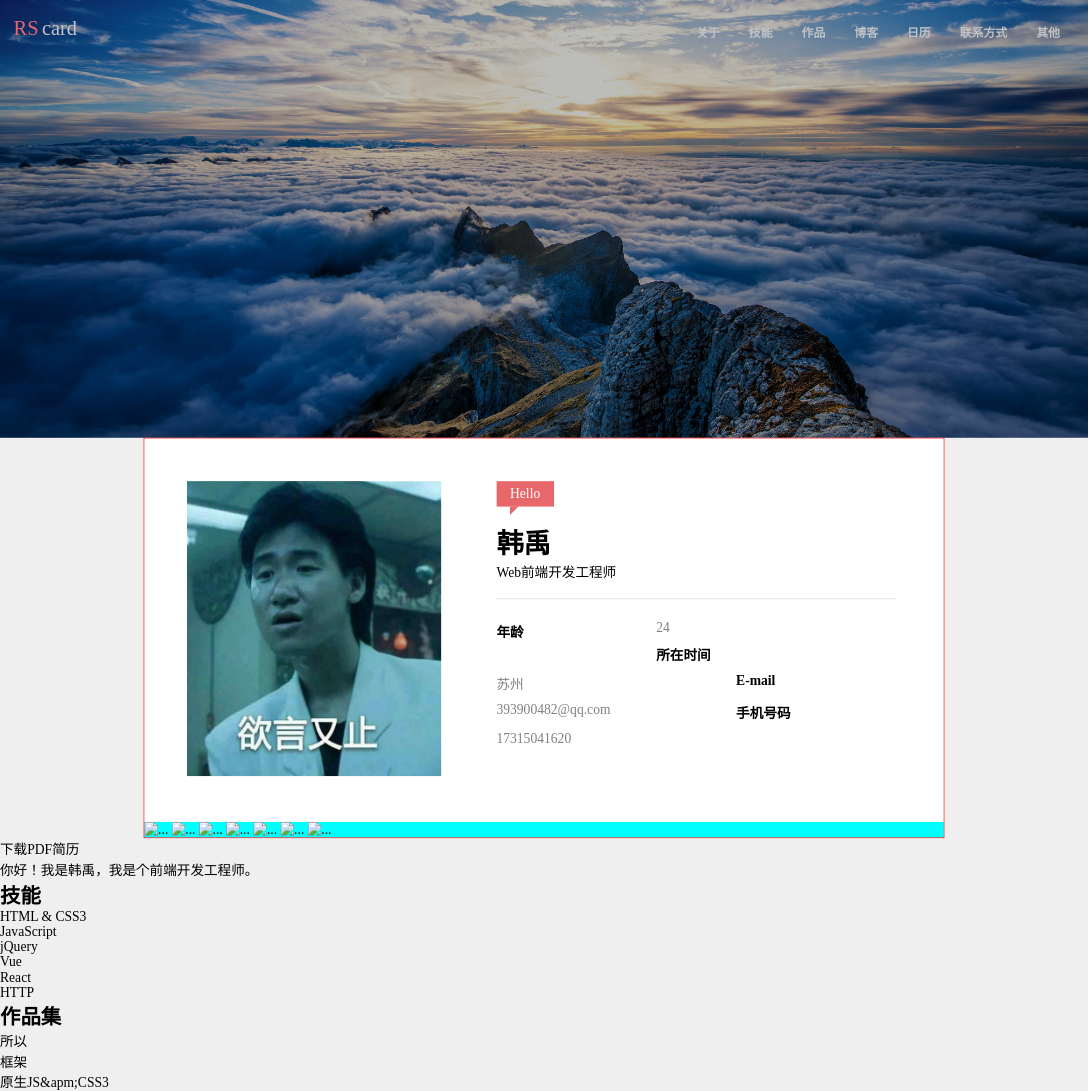
Repository: yorkHan/resume
Page: index.html
The author's editor kept a copy of each file at every save. The page is drawn from the files as they stood at one save, then again after the next save.
The browser window is 1280 px wide. The pictures show the whole page, at 85% of full size.

Above is the page before, as saved 2018-04-09 23:42:30.

After the next save:
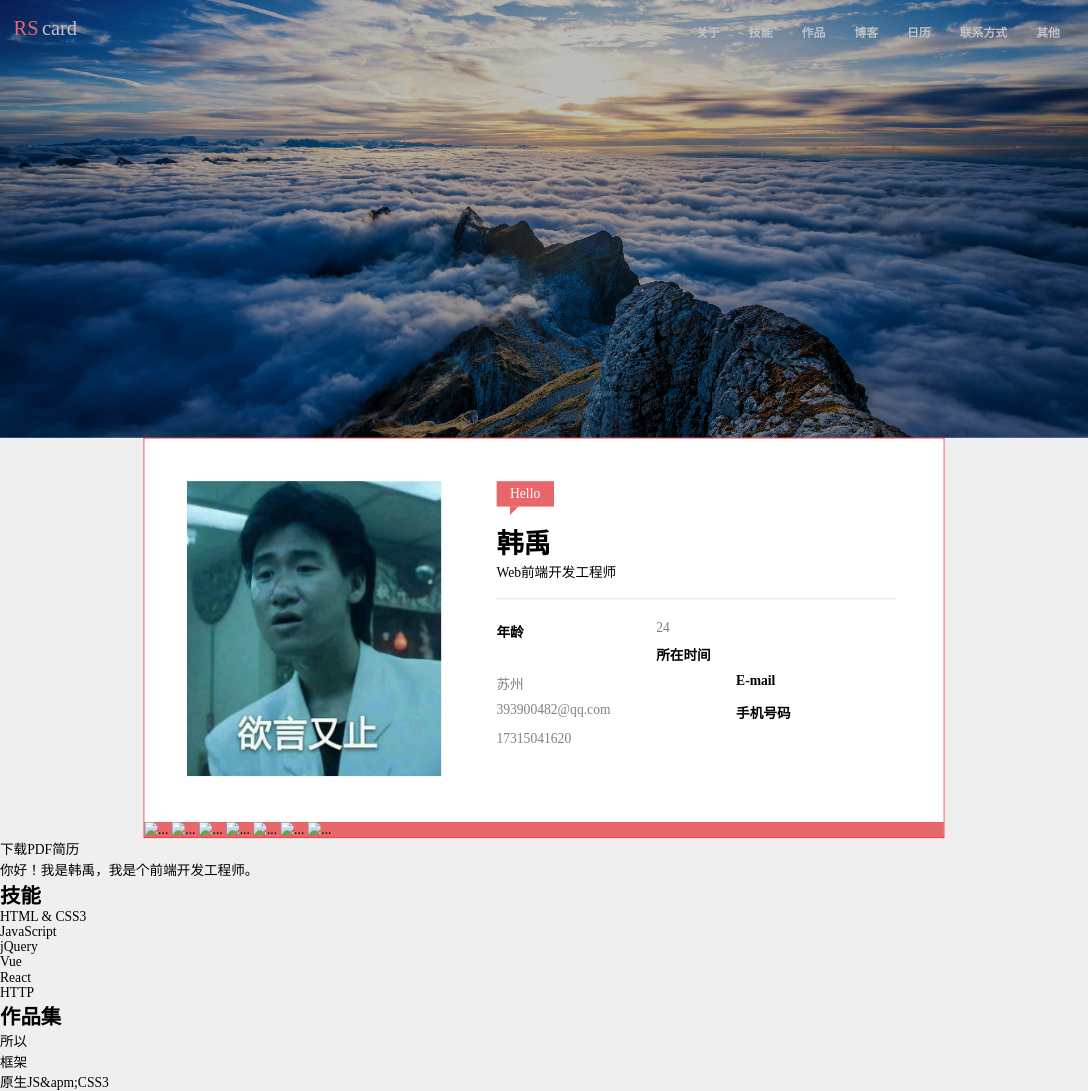
Saved 8 s later.
--- a/index.html
+++ b/index.html
@@ -56,7 +56,7 @@
                 </div>
                 </div>
             </div>
-            <footer class="media" style="background:"#E8676B">
+            <footer class="media" style="background:#E8676B">
                 <a href="#"><img src="#" alt="..."></a>
                 <a href="#"><img src="#" alt="..."></a>
                 <a href="#"><img src="#" alt="..."></a>

After the 2 saves that followed:
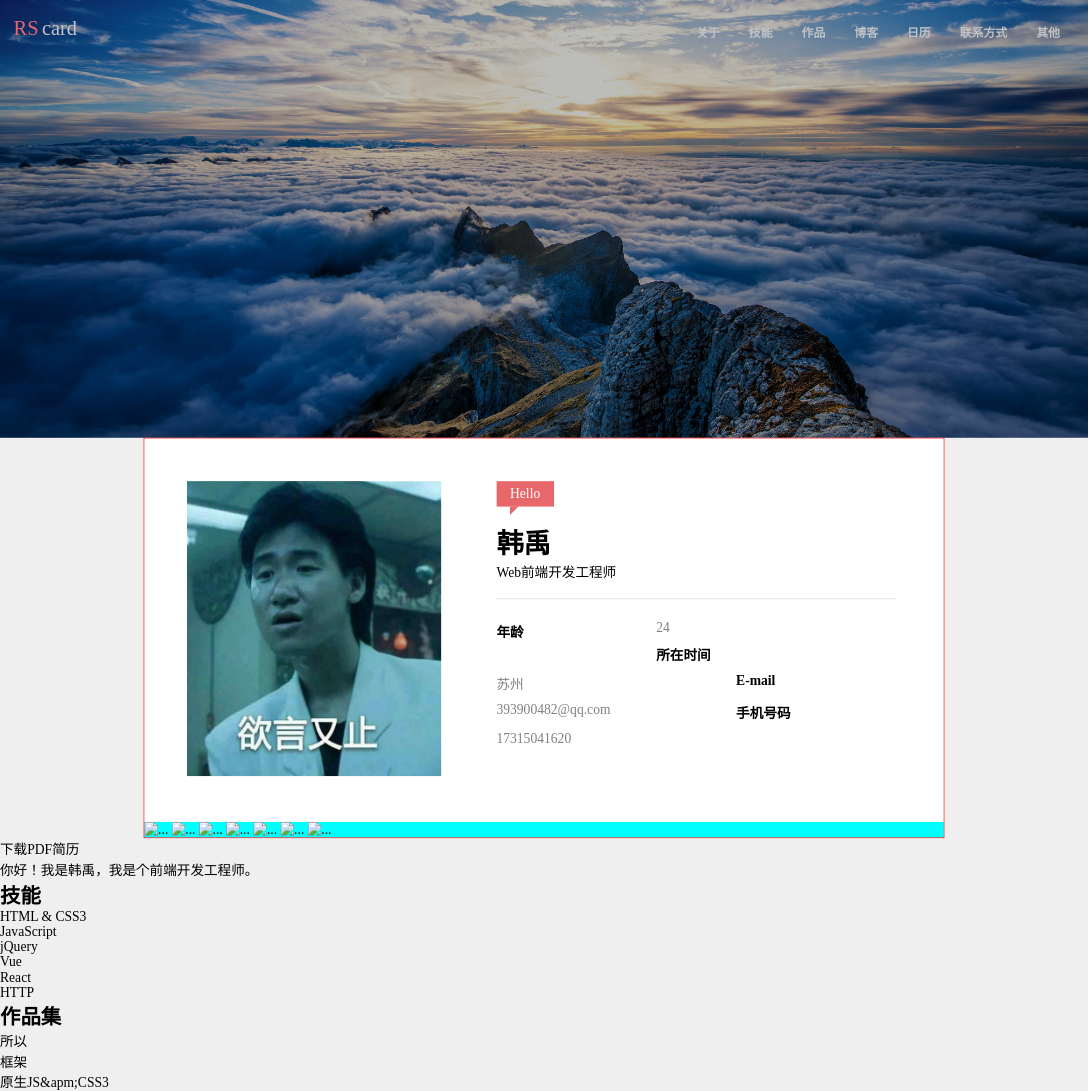
The 2 saves are shown as one change because 1 left the picture as it was.
The last was saved 44 s later.
--- a/index.html
+++ b/index.html
@@ -56,7 +56,7 @@
                 </div>
                 </div>
             </div>
-            <footer class="media" style="background:#E8676B">
+            <footer class="media">
                 <a href="#"><img src="#" alt="..."></a>
                 <a href="#"><img src="#" alt="..."></a>
                 <a href="#"><img src="#" alt="..."></a>
--- a/1.css
+++ b/1.css
@@ -112,7 +112,7 @@ hr{
 .usercard .text hr{
     margin: 20px 0px;
 }
-.usercard>footer.media {
+.media {
     float: none;
     background: aqua;
 }
